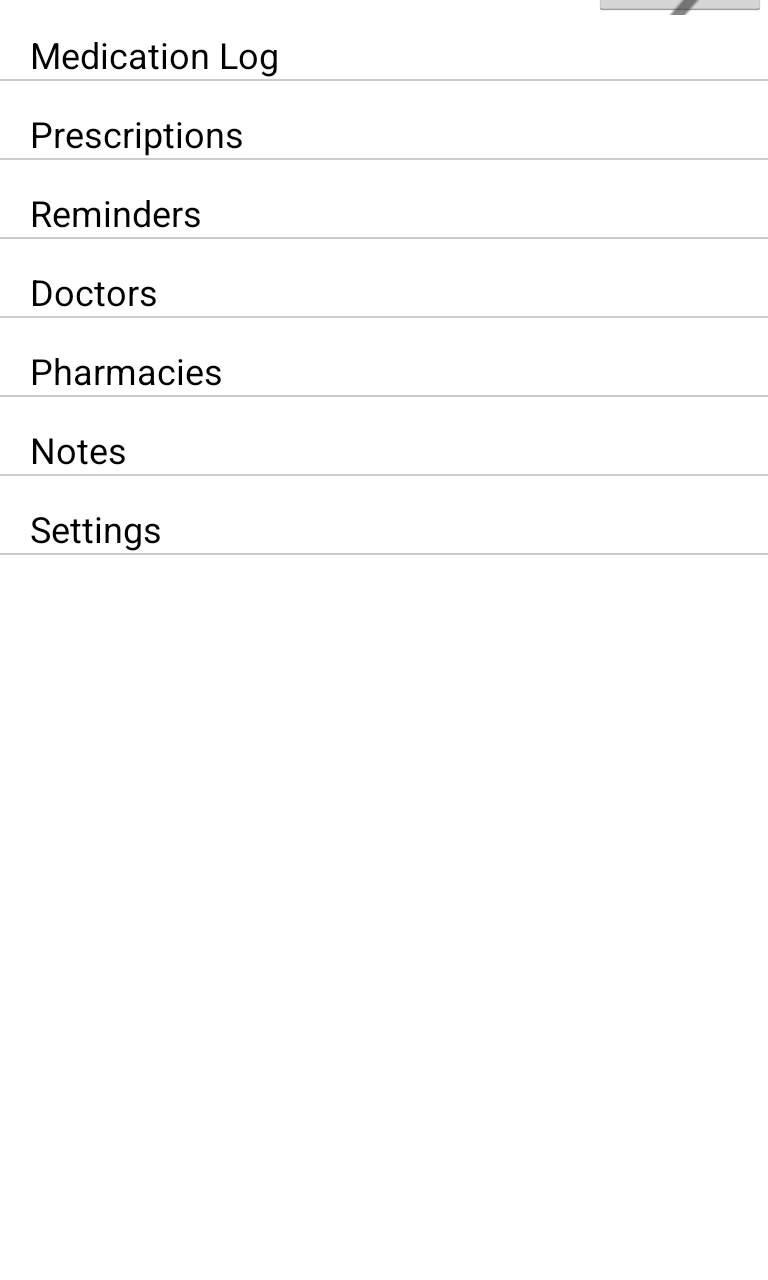
Repository: ranika/pilltracker
Layout: PillTracker/res/layout/fragment_main.xml
An editor plug-in stored every save of this project. The layout is shown before and after the next save, followed by the edit.
It is drawn on a 768 x 1280 px phone screen (xhdpi) without system bars, with theme AppTheme; the app's code is not run.

Above is the layout before, as saved 2014-04-10 02:57:11.

After the next save:
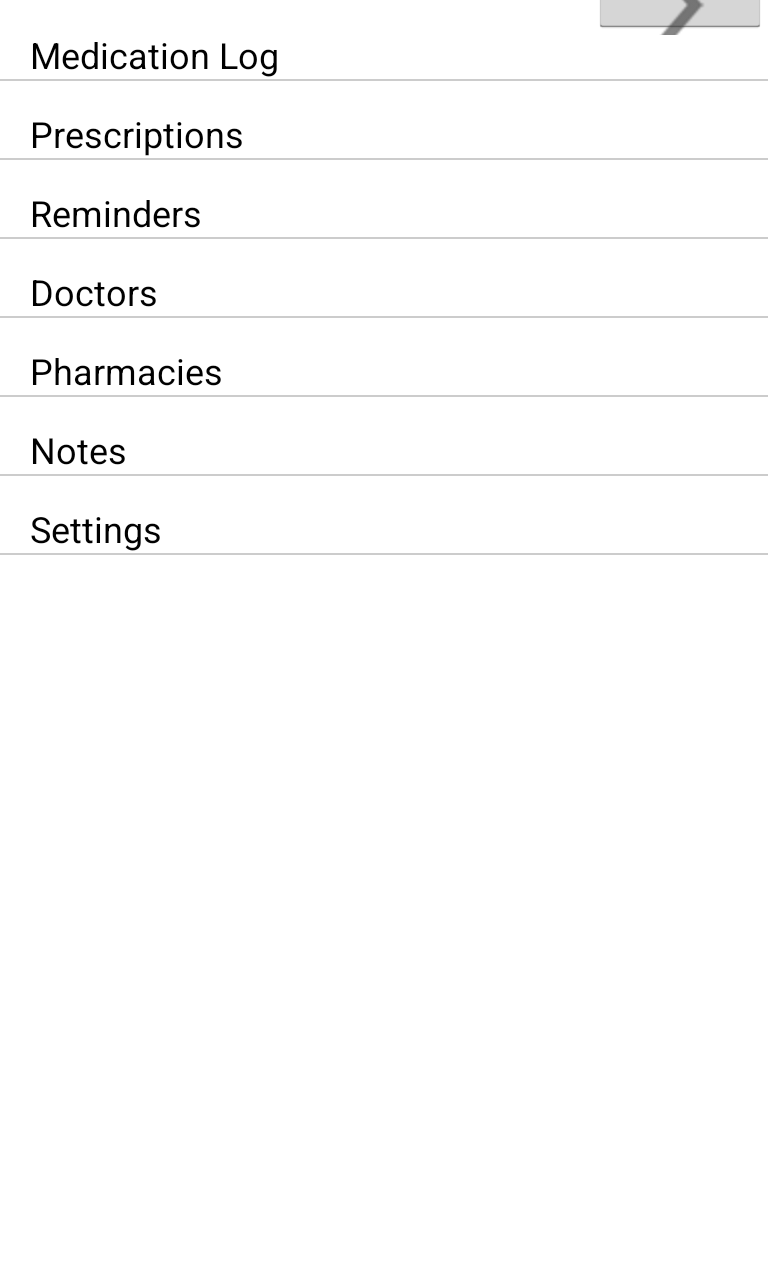
Saved 20 s later.
--- a/PillTracker/res/layout/fragment_main.xml
+++ b/PillTracker/res/layout/fragment_main.xml
@@ -133,7 +133,7 @@
     <Button
         android:id="@+id/button1"
         android:layout_width="wrap_content"
-        android:layout_height="20dp"
+        android:layout_height="30dp"
         android:layout_alignBaseline="@+id/textView1"
         android:layout_alignBottom="@+id/textView1"
         android:layout_alignParentRight="true"
